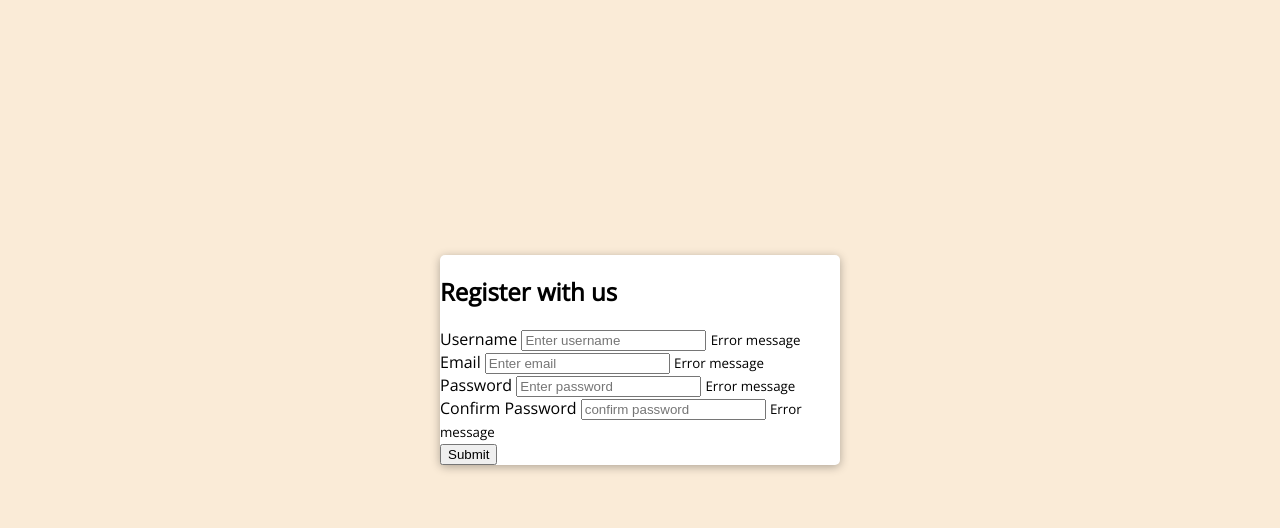
Repository: Azariagmt/Vanilla-javascript
Page: Form-Validator/index.html
These files come from the project's save history. The page is drawn as it stood at one moment and after the next save; the edit follows.
The browser window is 1280 px wide. The pictures show the whole page.

Above is the page before, as saved 2020-04-20 09:26:48.

After the next save:
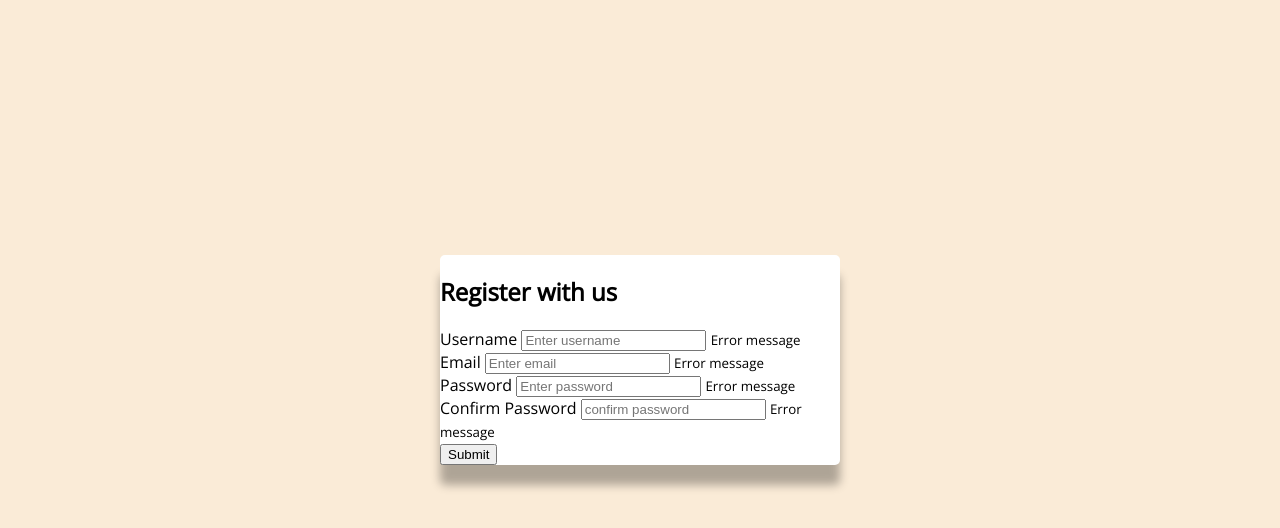
Saved 8 min 0 s later.
--- a/Form-Validator/style.css
+++ b/Form-Validator/style.css
@@ -17,6 +17,6 @@ body{
 .container{
     background-color:white;
     border-radius: 5px;
-    box-shadow: 0 2px 10px rgba(0, 0, 0, .3);
+    box-shadow: 0 20px 10px rgba(0, 0, 0, .3);
     width: 400px;
 }
